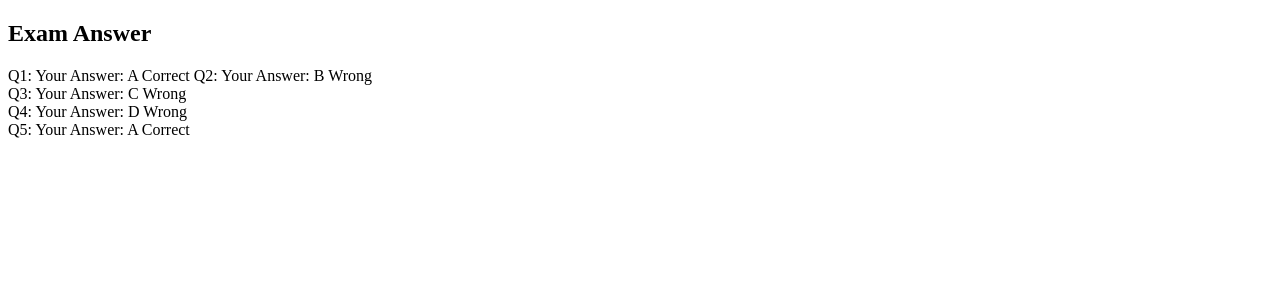
Repository: ashwinii19/Core-Java-Learning
Page: http://localhost/25-JSTL/Online Exam System.jsp
The author's editor kept a copy of each file at every save. The page is drawn from the files as they stood at one save, then again after the next save.
The browser window is 1280 px wide. The pictures show the whole page.
The page is served by Tomcat 9.

Above is the page before, as saved 2025-08-22 02:52:18.

### 25-JSTL/src/main/webapp/Online Exam System.jsp
<%@ page language="java" contentType="text/html; charset=ISO-8859-1"
    pageEncoding="ISO-8859-1"%>
    <%@ taglib uri="http://java.sun.com/jsp/jstl/core" prefix="c"%>
<!DOCTYPE html>
<html>
<head>
<meta charset="ISO-8859-1">
<title>Exam Result</title>
</head>
<body>

	<h2>Exam Answer</h2>
	<c:set var="answer" value="${['A', 'B', 'C', 'D', 'A'] }"></c:set>
	<c:set var="correct" value="${['A', 'C', 'B', 'B', 'A'] }"></c:set>

	<c:forEach var="ans" items="${answer }" varStatus="status">
		Q${status.count }: Your Answer: ${ans }
		<c:if test="${ans == correct[status.index] }">Correct</c:if>
		<c:if test="${ans != correct[status.index] }">Wrong<br></c:if>
	</c:forEach>
</body>
</html>

After the next save:
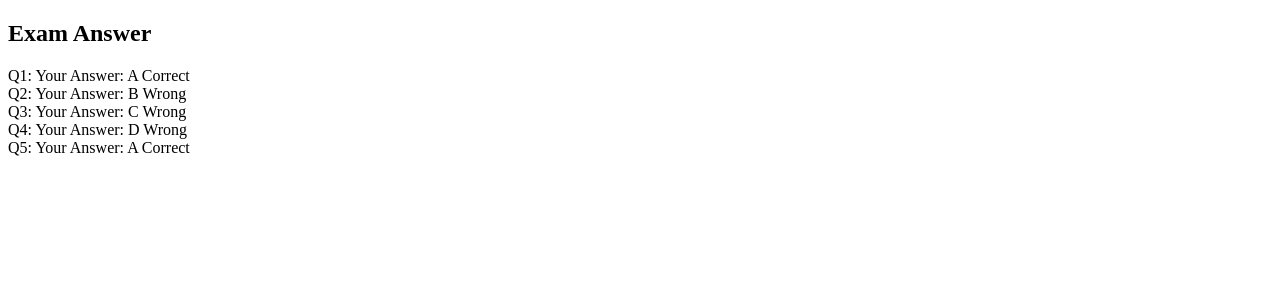
Saved 32 s later.
--- a/25-JSTL/src/main/webapp/Online Exam System.jsp
+++ b/25-JSTL/src/main/webapp/Online Exam System.jsp
@@ -15,7 +15,7 @@
 
 	<c:forEach var="ans" items="${answer }" varStatus="status">
 		Q${status.count }: Your Answer: ${ans }
-		<c:if test="${ans == correct[status.index] }">Correct</c:if>
+		<c:if test="${ans == correct[status.index] }">Correct<br></c:if>
 		<c:if test="${ans != correct[status.index] }">Wrong<br></c:if>
 	</c:forEach>
 </body>
